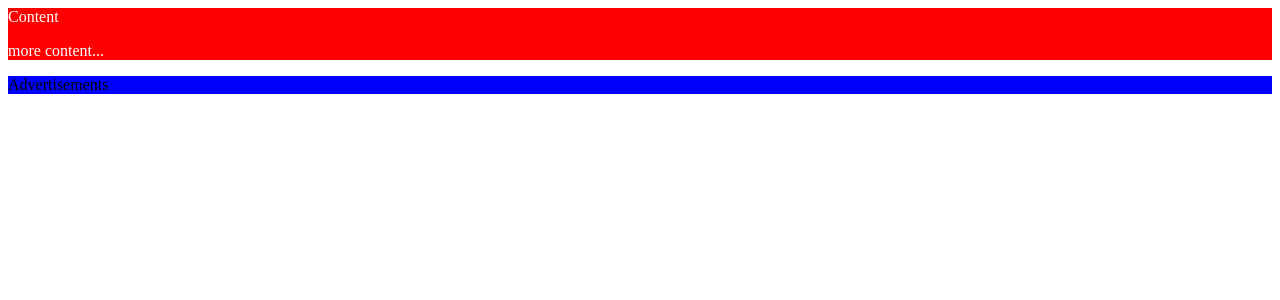
Repository: Peacepapi/1702Java
Page: web/src/main/webapp/divisions.html
An editor plug-in stored every save of this project. The page is shown before and after the next save, followed by the edit.
The browser window is 1280 px wide. The pictures show the whole page.

Above is the page before, as saved 2017-02-24 15:04:45.

### web/src/main/webapp/divisions.html
<!DOCTYPE html>
<html>
<head>
<meta charset="ISO-8859-1">
<title>Slicing the DOM</title>
<style type="text/css">
#a{
	background-color: red;
	color: white;
}
#b{
	background-color: blue;
}
</style>
</head>
<body>

<div id="a">Content
	<p>more content...</p>
</div>
<div id="b">Advertisements</div>

</body>
</html>

After the next save:
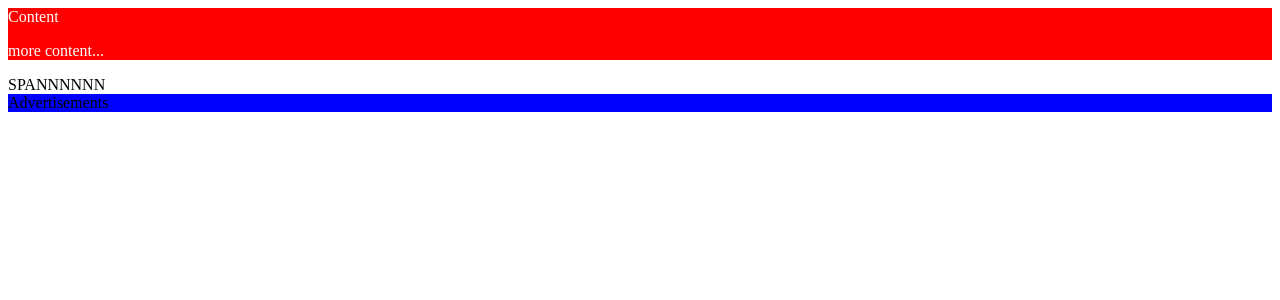
Saved 64 s later.
--- a/web/src/main/webapp/divisions.html
+++ b/web/src/main/webapp/divisions.html
@@ -16,8 +16,9 @@
 <body>
 
 <div id="a">Content
-	<p>more content...</p>
+	<p>more content... </p>
 </div>
+<span>SPANNNNNN</span>
 <div id="b">Advertisements</div>
 
 </body>

After the save that followed:
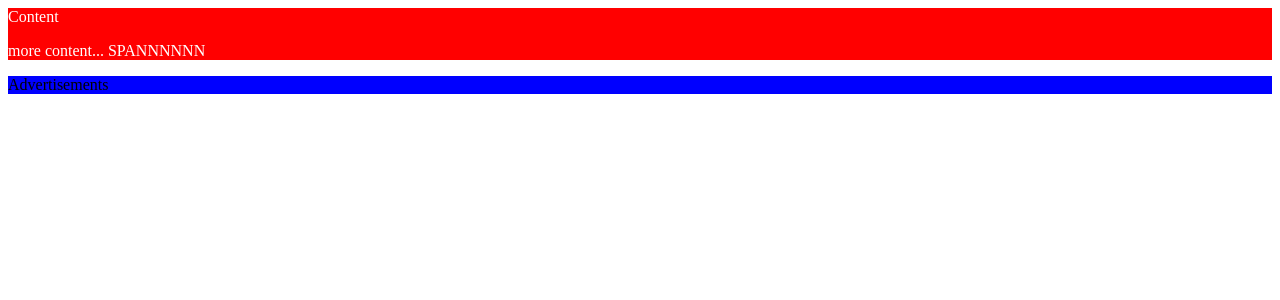
Saved 10 s later.
--- a/web/src/main/webapp/divisions.html
+++ b/web/src/main/webapp/divisions.html
@@ -16,9 +16,9 @@
 <body>
 
 <div id="a">Content
-	<p>more content... </p>
+	<p>more content... <span>SPANNNNNN</span></p>
 </div>
-<span>SPANNNNNN</span>
+
 <div id="b">Advertisements</div>
 
 </body>
